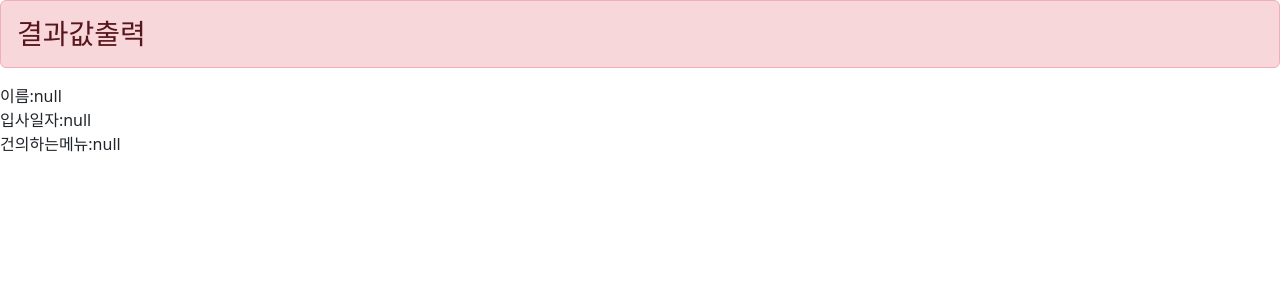
Repository: GANADAG/jspProject
Page: http://localhost/JspProject/day0228_1/quizWrite_03.jsp
These files come from the project's save history. The page is drawn as it stood at one moment and after the next save; the edit follows.
The browser window is 1280 px wide. The pictures show the whole page.
Some web fonts or font styles are not loaded; a fallback is used. The page is served by Tomcat 9. Other server files are loaded and not shown.

Above is the page before, as saved 2024-02-28 07:58:30.

### JspProject/src/main/webapp/day0228_1/quizWrite_03.jsp
<%@ page language="java" contentType="text/html; charset=UTF-8"
    pageEncoding="UTF-8"%>
<!DOCTYPE html>
<html>
<head>
<meta charset="UTF-8">
<link href="https://cdn.jsdelivr.net/npm/bootstrap@5.3.2/dist/css/bootstrap.min.css" rel="stylesheet">
<link href="https://fonts.googleapis.com/css2?family=Diphylleia&family=Dongle&family=Noto+Sans+KR:wght@100..900&family=Orbit&family=Stylish&display=swap" rel="stylesheet">
<script src="https://code.jquery.com/jquery-3.7.0.js"></script>

<title>Insert title here</title>
</head>
<body>
<%
	request.setCharacterEncoding("utf-8");

	String name=request.getParameter("name");
	String date=request.getParameter("date");
	String radio=request.getParameter("radio");
	String food=request.getParameter("food");
%>

	<h3 class="alert alert-danger">결과값출력</h3>
	 	 이름:<%=name %><br>
		 입사일자:<%=date %><br>
		 건의하는메뉴:<%=food %>
</body>
</html>

After the next save:
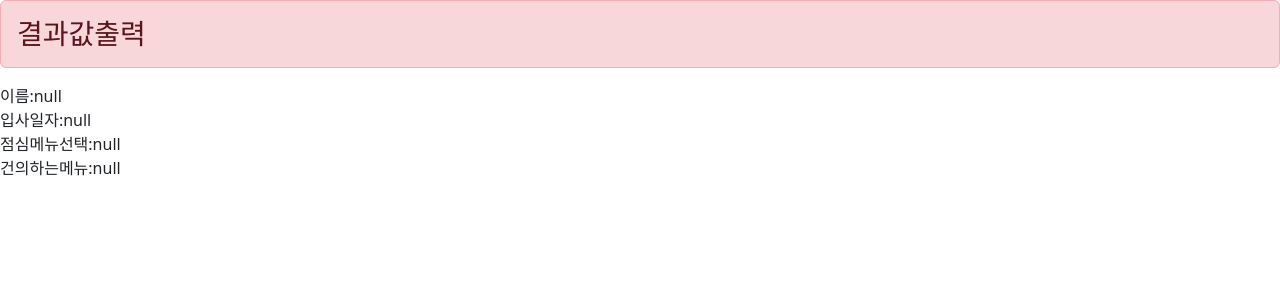
Saved 44 s later.
--- a/JspProject/src/main/webapp/day0228_1/quizWrite_03.jsp
+++ b/JspProject/src/main/webapp/day0228_1/quizWrite_03.jsp
@@ -23,6 +23,7 @@
 	<h3 class="alert alert-danger">결과값출력</h3>
 	 	 이름:<%=name %><br>
 		 입사일자:<%=date %><br>
+		 점심메뉴선택:<%=radio %><br>
 		 건의하는메뉴:<%=food %>
 </body>
 </html>
